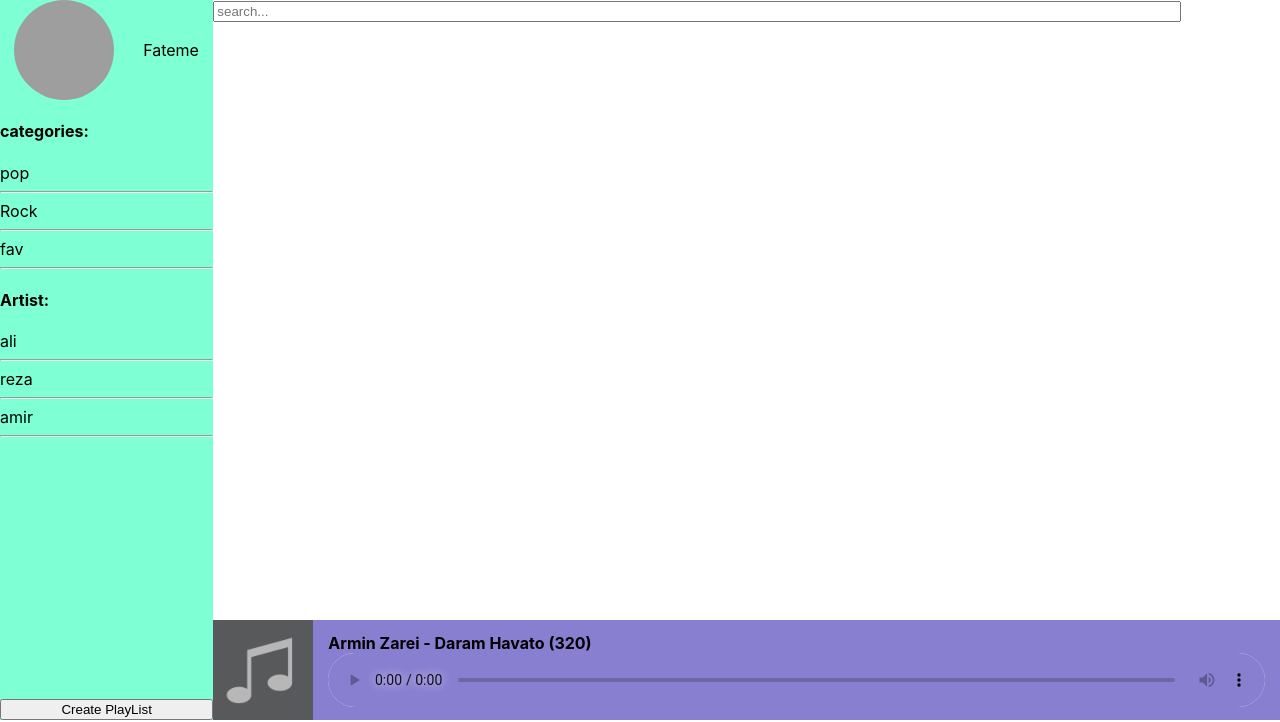
Repository: fateme81yosefi/musicPlayer
Page: /
The author's editor kept a copy of each file at every save. The page is drawn from the files as they stood at one save, then again after a run of saves.
The browser window is 1280 px wide. The pictures show the whole page.
Pictures or frames that could not be fetched are drawn as grey boxes. The project was rebuilt for these pictures with package versions that can differ from the ones it lists, and the page was loaded fresh each time.

Above is the page before, as saved 2024-06-12 09:50:33.

After the next 3 saves:
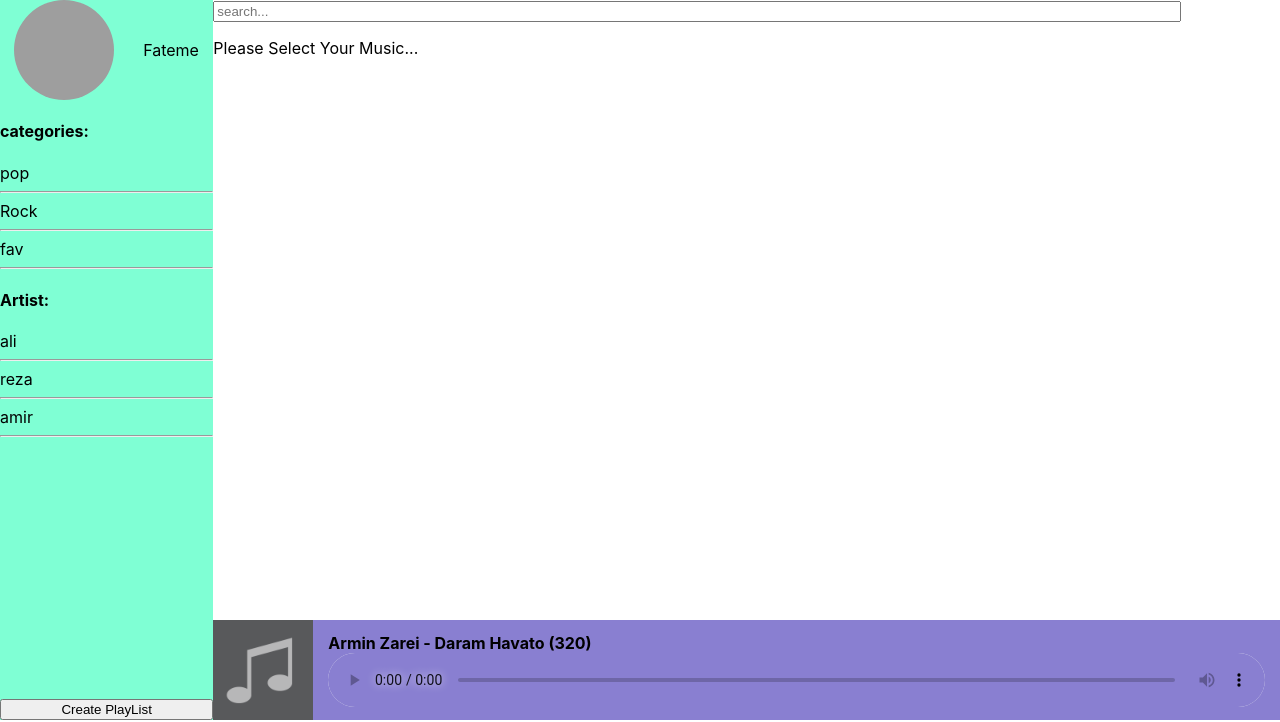
The 3 saves are shown as one change because 1 did not build or start and some came seconds apart.
The last was saved 44 s later.
--- a/src/Components/MainPage/MainPage.js
+++ b/src/Components/MainPage/MainPage.js
@@ -1,3 +1,4 @@
+import FileUploader from "../../Data/FileUploader/FileUploader";
 import "./MainPage.css"
 const MainPage = () => {
 
@@ -34,7 +35,7 @@ const MainPage = () => {
             </div>
             <div className="rightPage">
                 <input placeholder="search..." />
-
+                <FileUploader/>
 
                 <div className="currentlyPlay">
 
